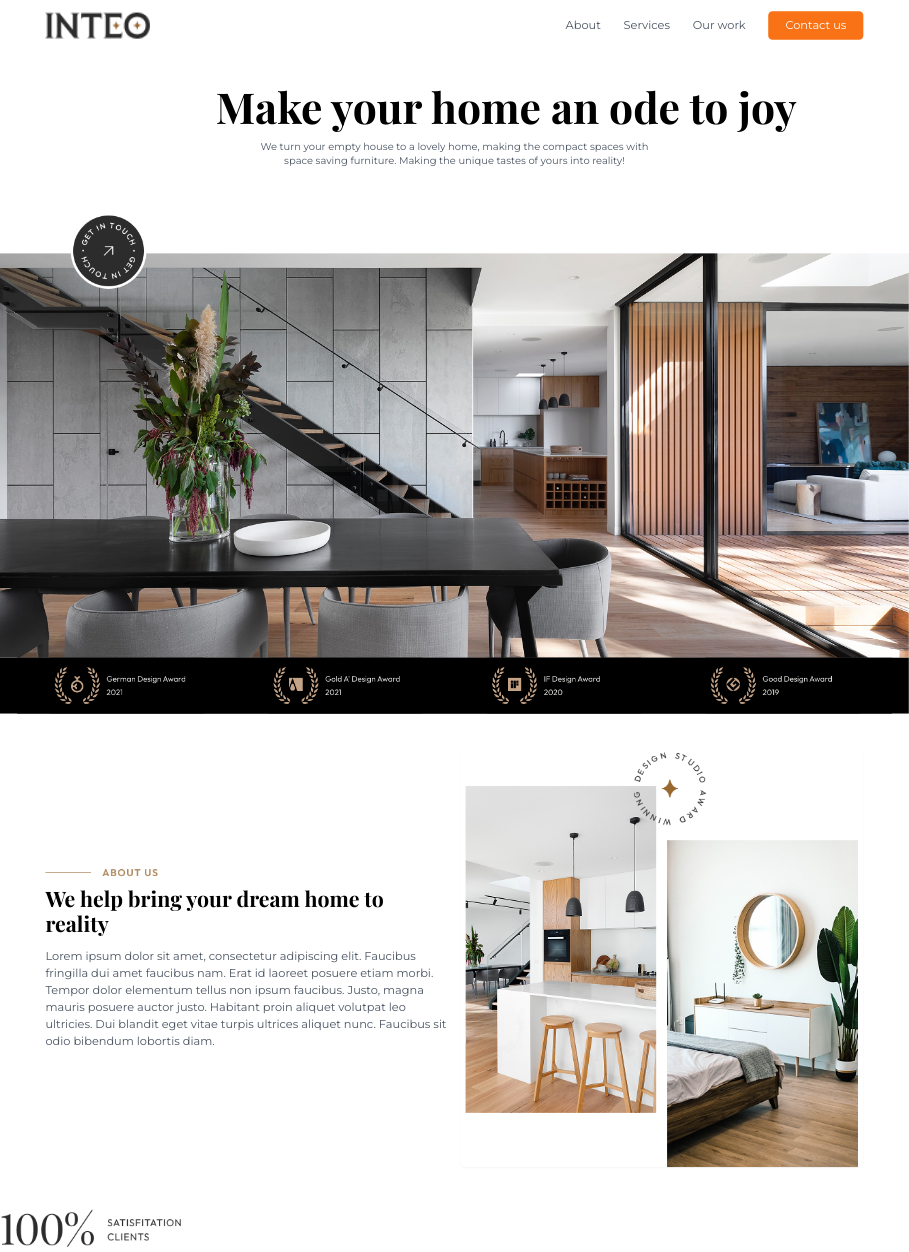
Repository: CatherinneJ/responsive-tailwind-website
Page: tailwind.html
These files come from the project's save history. The page is drawn as it stood at one moment and after the next save; the edit follows.
The browser window is 1280 px wide. The pictures show the whole page, at 71% of full size.
Some web libraries are served in a nearby version.

Above is the page before, as saved 2025-05-21 19:36:52.

After the next save:
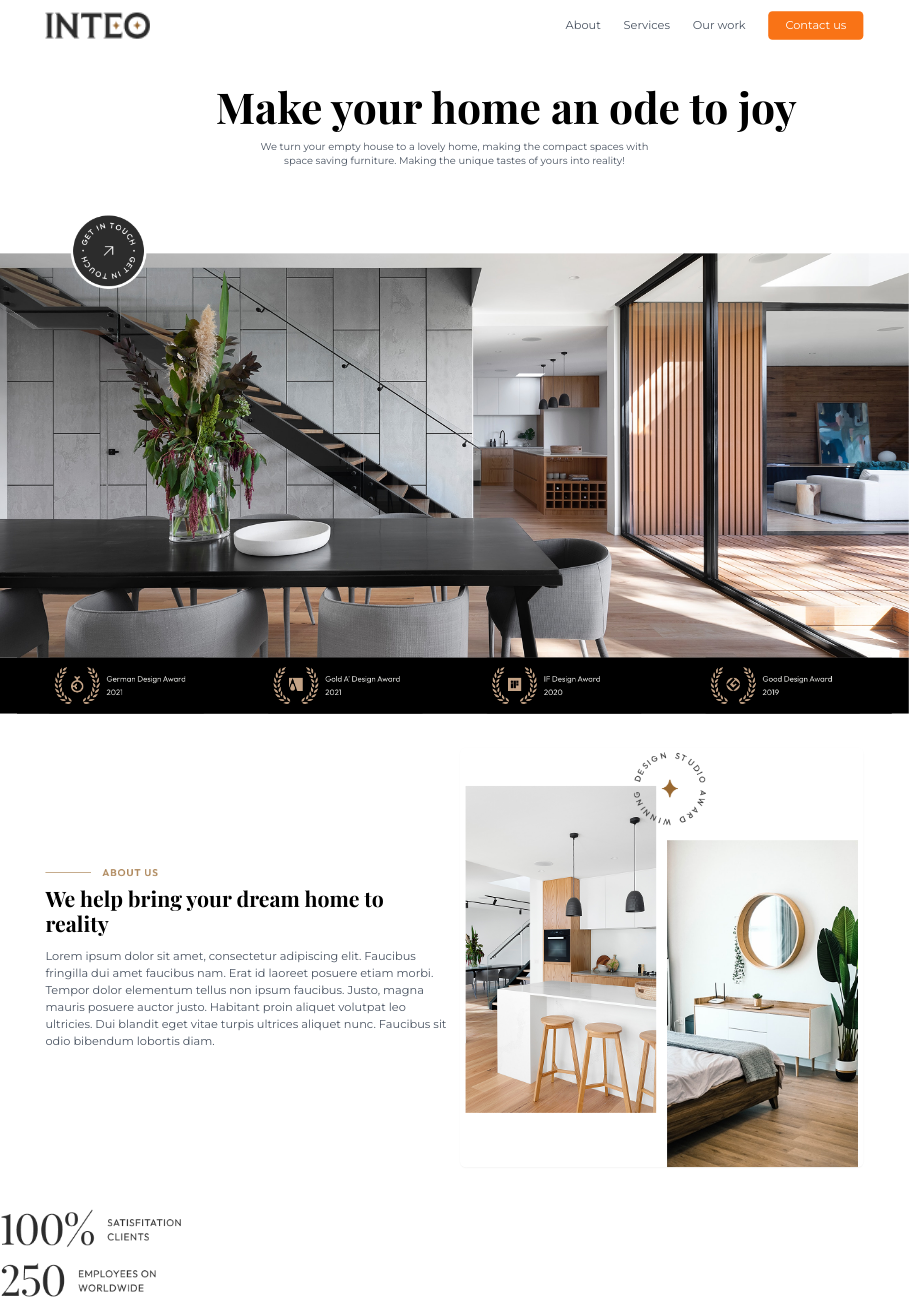
Saved 22 s later.
--- a/tailwind.html
+++ b/tailwind.html
@@ -89,6 +89,7 @@
         <h3>
             <ul>
                 <li><img src="./Assets/Metric Item.png" alt="metric1"></li>
+                <li><img src="./Assets/Metric Item (1).png" alt="metric2"></li>
             </ul>
         </h3>
     </search>
